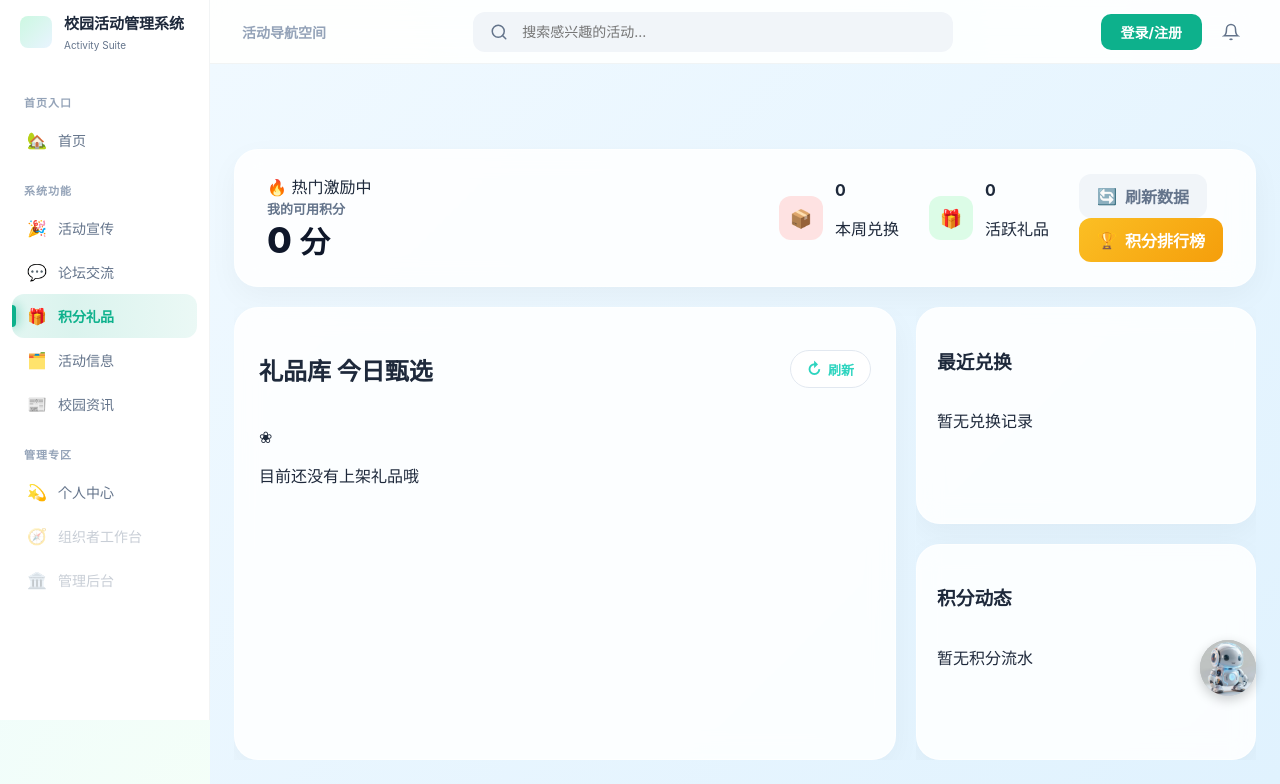
Repository: LXY804/activities_management_System
Page: /rewards (app in 校园活动管理系统/)
These files come from the project's save history. The page is drawn as it stood at one moment and after the next save; the edit follows.
The browser window is 1280 px wide. The pictures show the whole page.
The page's requests for data from a server got no answer. The project was rebuilt for these pictures with package versions that can differ from the ones it lists, and the page was loaded fresh each time. No one was signed in, and anything a server would have sent is missing. Also part of the build but not shown: 校园活动管理系统/vite.config.js.

Above is the page before, as saved 2025-12-26 21:39:46.

### 校园活动管理系统/index.html
<!DOCTYPE html>
<html lang="">
  <head>
    <style> html,body,#app{height:100%;margin:0;} </style>
    <meta charset="UTF-8">
    <link rel="icon" href="/favicon.ico">
    <meta name="viewport" content="width=device-width, initial-scale=1.0">
    <title>校园活动管理系统</title>
  </head>
  <body>
    <div id="app"></div>
    <script type="module" src="/src/main.js"></script>
  </body>
</html>

### 校园活动管理系统/src/App.vue
<script setup>
  import ChatFloat from './components/ChatFloat.vue'
  </script>

  <template>
    <router-view />
    <!-- 悬浮聊天机器人 -->
    <ChatFloat />
  </template>

<style>
@import url('https://fonts.googleapis.com/css2?family=Baloo+2:wght@500;600&family=Nunito:wght@400;500;600;700&display=swap');

:root {
  --brand-lime: #b6ff82;
  --brand-emerald: #66e7b1;
  --brand-sky: #73d4ff;
  --brand-deep: #0f1d33;
  --brand-soft: #f4fff3;
  --card-surface: rgba(255, 255, 255, 0.92);
  --shadow-soft: 0 18px 45px rgba(69, 143, 119, 0.2);
  --shadow-card: 0 20px 60px rgba(81, 194, 255, 0.25);
  --radius-xl: 28px;
  --font-display: 'Baloo 2', 'Noto Sans SC', system-ui, -apple-system, BlinkMacSystemFont, sans-serif;
  --font-body: 'Nunito', 'Noto Sans SC', system-ui, -apple-system, BlinkMacSystemFont, sans-serif;
  --sidebar-width: clamp(180px, 14vw, 220px);
  --app-background: radial-gradient(circle at 20% 20%, #f5fff7, #ecfbff 60%, #f3f7ff 100%);
}

* {
  box-sizing: border-box;
}

body {
  margin: 0;
  font-family: var(--font-body);
  background: var(--app-background);
  color: var(--brand-deep);
  min-height: 100vh;
}

#app {
  min-height: 100vh;
}

.page {
  position: relative;
  min-height: 100vh;
  padding-bottom: 40px;
  background: transparent;
  overflow: visible;
}

body.has-side-nav-layout .page,
body.has-side-nav-layout .my-activities,
body.has-side-nav-layout .admin-dashboard,
body.has-side-nav-layout .manage-layout .layout-content,
body.has-side-nav-layout .personal-center .content {
  padding-left: calc(var(--sidebar-width) + 28px);
  padding-right: clamp(18px, 5vw, 56px);
}

body.has-side-nav-layout .page .container,
body.has-side-nav-layout .page .content,
body.has-side-nav-layout .page .dashboard-shell,
body.has-side-nav-layout .page .main-layout,
body.has-side-nav-layout .page .cards,
body.has-side-nav-layout .page .hero__inner {
  margin-left: 0;
}

@media (max-width: 1024px) {
  body.has-side-nav-layout .page,
  body.has-side-nav-layout .my-activities,
  body.has-side-nav-layout .admin-dashboard,
  body.has-side-nav-layout .manage-layout .layout-content,
  body.has-side-nav-layout .personal-center .content {
    padding-left: 0;
  }
}

.page::before,
.page::after {
  content: '';
  position: absolute;
  width: clamp(220px, 32vw, 420px);
  height: clamp(220px, 32vw, 420px);
  background: radial-gradient(circle, rgba(255, 255, 255, 0.7), transparent 70%);
  border-radius: 40% 60% 50% 70% / 60% 40% 60% 40%;
  z-index: 0;
  filter: blur(0.5px);
}

.page::before {
  top: -120px;
  right: -80px;
}

.page::after {
  bottom: -160px;
  left: -100px;
}

.page > * {
  position: relative;
  z-index: 1;
}

.glass-panel {
  background: var(--card-surface);
  border-radius: var(--radius-xl);
  padding: 24px;
  box-shadow: var(--shadow-card);
  border: 1px solid rgba(255, 255, 255, 0.35);
  backdrop-filter: blur(16px);
}

.pill-button {
  border: none;
  border-radius: 999px;
  padding: 12px 28px;
  font-weight: 600;
  font-size: 16px;
  cursor: pointer;
  transition: transform 0.2s ease, box-shadow 0.2s ease;
  background: linear-gradient(120deg, var(--brand-lime), var(--brand-emerald));
  color: var(--brand-deep);
  box-shadow: 0 12px 20px rgba(102, 231, 177, 0.35);
}

.pill-button:focus-visible,
.pill-button:hover {
  transform: translateY(-2px);
  box-shadow: 0 18px 26px rgba(102, 231, 177, 0.45);
}

.section-heading {
  font-family: var(--font-display);
  font-size: clamp(28px, 4vw, 40px);
  color: var(--brand-deep);
  margin: 0;
}

.section-subtitle {
  margin: 8px 0 0;
  color: rgba(15, 29, 51, 0.7);
  font-size: 15px;
}

.stat-chip {
  display: inline-flex;
  padding: 8px 18px;
  border-radius: 999px;
  font-size: 14px;
  background: rgba(255, 255, 255, 0.85);
  box-shadow: 0 12px 25px rgba(111, 207, 151, 0.25);
  color: var(--brand-deep);
}
</style>

### 校园活动管理系统/src/components/NavBar.vue
<template>
  <div class="nav-shell" :class="isNight ? 'night-theme' : 'day-theme'">
    <aside class="side-nav">
      <div class="side-nav__brand">
        <div class="side-nav__brand-icon" aria-hidden="true">
          <span></span>
          <span></span>
        </div>
        <div class="side-nav__brand-info">
          <p class="side-nav__brand-title">校园活动管理系统</p>
          <small class="side-nav__brand-tag">Activity Suite</small>
        </div>
      </div>

      <div class="side-nav__scroller" ref="sideNavScroller">
        <template v-for="group in navGroups" :key="group.title">
          <p class="side-nav__title">{{ group.title }}</p>
          <div class="side-nav__items">
            <button
              v-for="item in group.items"
              :key="item.label"
              type="button"
              class="side-nav__link"
              :class="{
                active: isItemActive(item),
                'is-disabled': isItemDisabled(item)
              }"
              @click="handleNav(item)"
            >
              <span class="side-nav__icon">{{ item.icon }}</span>
              <div class="side-nav__text-group">
                <p class="side-nav__label">{{ item.label }}</p>
                <small v-if="item.badge" class="side-nav__badge">{{ item.badge }}</small>
              </div>
            </button>
          </div>
        </template>
      </div>
    </aside>

    <header class="topbar">
      <div class="topbar__inner">
        <div class="topbar__title" @click="router.push('/')">
          <p class="title-main">活动导航空间</p>
        </div>

        <form class="search" @submit.prevent="handleSearch">
          <div class="search-inner">
            <svg class="search-icon" viewBox="0 0 24 24" fill="none" stroke="currentColor" stroke-width="2" stroke-linecap="round" stroke-linejoin="round">
              <circle cx="11" cy="11" r="8"></circle>
              <line x1="21" y1="21" x2="16.65" y2="16.65"></line>
            </svg>
            <input
              v-model.trim="searchTerm"
              type="search"
              placeholder="搜索感兴趣的活动..."
              aria-label="站内搜索"
            />
          </div>
        </form>

        <div class="actions">
          <button
            v-if="!isLoggedIn"
            class="pill-action"
            type="button"
            @click="goLogin"
          >
            登录/注册
          </button>

          <button
            v-else
            class="pill-action outline"
            type="button"
            @click="goPersonalCenter"
          >
            个人中心
          </button>

          <button v-if="isLoggedIn" class="icon-btn-exit" @click="handleLogout" title="退出登录">
             <svg viewBox="0 0 24 24" width="18" height="18" fill="none" stroke="currentColor" stroke-width="2">
                <path d="M9 21H5a2 2 0 0 1-2-2V5a2 2 0 0 1 2-2h4m7 14 5-5-5-5m5 5H9"/>
             </svg>
          </button>
          <router-link
            to="/announcements"
            class="icon-btn notification-btn"
            title="系统公告"
            style="text-decoration: none; display: flex; align-items: center; justify-content: center; padding: 8px; border-radius: 8px; color: var(--text-muted); transition: 0.2s; position: relative;"
          >
            <svg viewBox="0 0 24 24" width="18" height="18" fill="none" stroke="currentColor" stroke-width="2">
              <path d="M18 8A6 6 0 0 0 6 8c0 7-3 9-3 9h18s-3-2-3-9"/>
              <path d="M13.73 21a2 2 0 0 1-3.46 0"/>
            </svg>
            <span v-if="unconfirmedCount > 0" class="notification-badge">{{ unconfirmedCount > 99 ? '99+' : unconfirmedCount }}</span>
          </router-link>
        </div>
      </div>
    </header>
  </div>
</template>

<script setup>
import { ref, computed, onMounted, onUnmounted, watch } from 'vue'
import { useRouter, useRoute } from 'vue-router'
import { fetchUnconfirmedCount } from '@/api/announcement'

const router = useRouter()
const route = useRoute()
let savedSideNavScrollTop = 0

const API_ORIGIN = (import.meta.env.VITE_API_BASE_URL || 'http://localhost:3000/api').replace(/\/api\/?$/, '')

// 时间判断：18:00 - 06:00 为夜晚
const isNight = computed(() => {
  const hour = new Date().getHours()
  return hour >= 18 || hour < 6
})

const searchTerm = ref('')
const isLoggedIn = ref(false)
const userRole = ref('')
const unconfirmedCount = ref(0)

const navGroups = computed(() => [
  {
    title: '首页入口',
    items: [{ label: '首页', icon: '🏡', to: '/' }]
  },
  {
    title: '系统功能',
    items: [
      { label: '活动宣传', icon: '🎉', to: '/promotion' },
      { label: '论坛交流', icon: '💬', to: '/forum'},
      { label: '积分礼品', icon: '🎁', to: '/rewards' },
      { label: '活动信息', icon: '🗂️', to: '/events' },
      { label: '校园资讯', icon: '📰', to: '/news' }
    ]
  },
  {
    title: '管理专区',
    items: [
      { label: '个人中心', icon: '💫', to: '/personal/activities', requiresLogin: true },
      // 已加回：组织者工作台，仅限 organizer 角色访问
      { label: '组织者工作台', icon: '🧭', to: '/organizer/manage', roles: ['organizer'] },
      { label: '管理后台', icon: '🏛️', to: '/admin/dashboard', roles: ['admin'] }
    ]
  }
])

const checkLoginStatus = () => {
  const token = localStorage.getItem('token')
  const storedRole = localStorage.getItem('userRole') || ''
  const storedIsLoggedIn = localStorage.getItem('isLoggedIn')

  // 多重检查确保状态正确
  const wasLoggedIn = isLoggedIn.value
  isLoggedIn.value = !!(token && (storedIsLoggedIn === 'true' || token.length > 0))
  userRole.value = storedRole

  // 如果 token 存在但 isLoggedIn 标记不存在，更新标记
  if (token && storedIsLoggedIn !== 'true') {
    localStorage.setItem('isLoggedIn', 'true')
  }

  // 如果用户已登录，加载未确认公告数量
  if (isLoggedIn.value && !wasLoggedIn) {
    loadUnconfirmedCount()
  } else if (!isLoggedIn.value) {
    unconfirmedCount.value = 0
  }
}

// 加载未确认公告数量
const loadUnconfirmedCount = async () => {
  if (!isLoggedIn.value) {
    unconfirmedCount.value = 0
    return
  }

  try {
    const data = await fetchUnconfirmedCount()
    unconfirmedCount.value = data?.count || 0
  } catch (e) {
    console.error('加载未确认公告数量失败:', e)
    unconfirmedCount.value = 0
  }
}

const isItemDisabled = (item) => {
  if (item.disabled) return true
  // 核心权限：如果该项有 roles 限制，且当前用户角色不匹配，则禁用（包括管理者访问组织者后台）
  if (item.roles && !item.roles.includes(userRole.value)) return true
  return false
}

const isItemActive = (item) => item.to && (route.path === item.to || route.path.startsWith(`${item.to}/`))

const handleNav = (item) => {
  if (isItemDisabled(item)) return window.alert(`您无权访问或功能暂未开放`)
  if (item.requiresLogin && !isLoggedIn.value) return router.push('/login')
  if (item.to) router.push(item.to)
}

const handleSearch = () => {
  if (!searchTerm.value) return
  router.push({ path: '/events', query: { keyword: searchTerm.value } })
}

const goPersonalCenter = () => router.push('/personal/activities')
const goLogin = () => router.push('/login')

const handleLogout = () => {
  localStorage.clear()
  isLoggedIn.value = false
  router.push('/login')
}

let loginCheckInterval = null

onMounted(() => {
  checkLoginStatus()
  // 定期检查登录状态，确保状态同步（每2秒检查一次）
  loginCheckInterval = setInterval(() => {
    checkLoginStatus()
    // 如果已登录，定期刷新未确认公告数量（每30秒）
    if (isLoggedIn.value) {
      loadUnconfirmedCount()
    }
  }, 2000)
  window.addEventListener('storage', checkLoginStatus)
  // 监听 localStorage 变化（跨标签页同步）
  window.addEventListener('focus', checkLoginStatus)
  document.body.classList.add('has-side-nav-layout')

  // 初始加载未确认公告数量
  if (isLoggedIn.value) {
    loadUnconfirmedCount()
  }
})

onUnmounted(() => {
  if (loginCheckInterval) {
    clearInterval(loginCheckInterval)
  }
  window.removeEventListener('storage', checkLoginStatus)
  window.removeEventListener('focus', checkLoginStatus)
  document.body.classList.remove('has-side-nav-layout')
})

watch(() => route.path, () => {
  checkLoginStatus()
  // 当路由变化到公告页面时，刷新未确认数量
  if (route.path === '/announcements' && isLoggedIn.value) {
    loadUnconfirmedCount()
  }
})
</script>

<style scoped>
/* --- 主题配色定义 --- */
.day-theme {
  --nav-bg: #ffffff;
  --topbar-bg: rgba(255, 255, 255, 0.85);
  --text-main: #1e293b;
  --text-muted: #64748b;
  --text-title: #94a3b8;
  --brand-color: #0db18c; /* 森林绿 */
  --shimmer-bg: linear-gradient(90deg, rgba(13, 177, 140, 0.05) 0%, rgba(13, 177, 140, 0.15) 50%, rgba(13, 177, 140, 0.05) 100%);
  --search-bg: #f1f5f9;
  --border-color: rgba(15, 42, 66, 0.05);
}

.night-theme {
  --nav-bg: #1e293b;
  --topbar-bg: rgba(30, 41, 59, 0.9);
  --text-main: #f1f5f9;
  --text-muted: #94a3b8;
  --text-title: #64748b;
  --brand-color: #2dd4bf; /* 蓝绿色荧光调 */
  --shimmer-bg: linear-gradient(90deg, rgba(45, 212, 191, 0.08) 0%, rgba(45, 212, 191, 0.22) 50%, rgba(45, 212, 191, 0.08) 100%);
  --search-bg: #0f172a;
  --border-color: rgba(255, 255, 255, 0.08);
}

:global(:root) {
  --sidebar-width: 210px;
  --topbar-height: 64px;
  --z-index-topbar: 1000;
  --z-index-sidebar: 1001;
}

:global(body.has-side-nav-layout) {
  padding-left: var(--sidebar-width);
  padding-top: var(--topbar-height);
}

@keyframes shimmer-flow {
  0% { background-position: -200% 0; }
  100% { background-position: 200% 0; }
}

.nav-shell { position: relative; }

/* --- 侧边栏 --- */
.side-nav {
  position: fixed;
  top: 0; left: 0;
  width: var(--sidebar-width);
  height: 100vh;
  background: var(--nav-bg);
  border-right: 1px solid var(--border-color);
  display: flex;
  flex-direction: column;
  z-index: var(--z-index-sidebar);
  transition: all 0.4s ease;
}

.side-nav__brand { padding: 0 20px; display: flex; align-items: center; gap: 12px; height: var(--topbar-height); }
.side-nav__brand-icon { width: 32px; height: 32px; border-radius: 8px; background: linear-gradient(135deg, #ccf8e1, #e9f4ff); }
.side-nav__brand-title { margin: 0; font-size: 15px; font-weight: 800; color: var(--text-main); }
.side-nav__brand-tag { font-size: 10px; color: var(--text-muted); }

.side-nav__scroller { flex: 1; overflow-y: auto; padding: 10px 12px; }
.side-nav__title { margin: 20px 0 8px 12px; font-size: 11px; font-weight: 700; color: var(--text-title); text-transform: uppercase; letter-spacing: 1px; }

.side-nav__link {
  position: relative;
  display: flex; align-items: center; gap: 10px;
  padding: 12px 14px;
  border: none; background: transparent;
  border-radius: 12px;
  cursor: pointer; color: var(--text-muted);
  transition: all 0.3s ease;
  width: 100%;
  overflow: hidden;
}

.side-nav__link:hover:not(.is-disabled) { background: var(--search-bg); color: var(--text-main); }

.side-nav__link.active {
  color: var(--brand-color);
  font-weight: 700;
  background: var(--shimmer-bg);
  background-size: 200% 100%;
  animation: shimmer-flow 3s infinite linear;
}

.side-nav__link.active::before {
  content: '';
  position: absolute;
  left: 0; top: 25%;
  width: 4px; height: 50%;
  background: var(--brand-color);
  border-radius: 0 4px 4px 0;
  box-shadow: 0 0 12px var(--brand-color);
}

.side-nav__icon { font-size: 16px; width: 22px; }
.side-nav__label { margin: 0; font-size: 14px; flex: 1; text-align: left; }
.side-nav__badge { font-size: 10px; background: var(--search-bg); padding: 2px 6px; border-radius: 6px; color: var(--text-muted); }

.side-nav__link.is-disabled { opacity: 0.35; cursor: not-allowed; }

/* --- 顶栏 --- */
.topbar {
  position: fixed;
  top: 0; left: var(--sidebar-width); right: 0;
  height: var(--topbar-height);
  z-index: var(--z-index-topbar);
  background: var(--topbar-bg);
  backdrop-filter: blur(20px);
  -webkit-backdrop-filter: blur(20px);
  border-bottom: 1px solid var(--border-color);
  padding: 0 32px;
  transition: all 0.4s ease;
}

.topbar__inner { display: flex; align-items: center; justify-content: space-between; height: 100%; gap: 40px; }
.title-main { font-weight: 700; font-size: 14px; color: var(--text-title); cursor: pointer; transition: color 0.3s; }
.title-main:hover { color: var(--text-main); }

/* 搜索框 */
.search { flex: 1; max-width: 480px; }
.search-inner {
  display: flex; align-items: center;
  background: var(--search-bg);
  padding: 0 16px; height: 40px;
  border-radius: 12px;
  border: 1.5px solid transparent;
  transition: 0.3s;
}
.search-inner input { flex: 1; border: none; background: transparent; font-size: 14px; outline: none; color: var(--text-main); }
.search:focus-within .search-inner { background: var(--nav-bg); border-color: var(--brand-color); box-shadow: 0 8px 24px -8px rgba(0,0,0,0.3); }
.search-icon { width: 18px; height: 18px; color: var(--text-muted); margin-right: 12px; }

/* 动作区域按钮 */
.actions { display: flex; align-items: center; gap: 12px; }

.pill-action {
  background: var(--brand-color);
  color: #fff;
  border: none;
  padding: 8px 20px;
  border-radius: 10px;
  font-size: 14px;
  font-weight: 700;
  cursor: pointer;
  transition: 0.3s;
}
.night-theme .pill-action { color: #ffffff; }

.pill-action.outline {
  background: transparent;
  border: 2px solid var(--brand-color);
  color: var(--brand-color);
}

.icon-btn-exit {
  background: transparent;
  border: none;
  color: var(--text-muted);
  cursor: pointer;
  padding: 8px;
  border-radius: 8px;
  display: flex;
  align-items: center;
  transition: 0.2s;
}
.icon-btn-exit:hover { background: rgba(239, 68, 68, 0.1); color: #ef4444; }

.icon-btn {
  background: transparent;
  border: none;
  color: var(--text-muted);
  cursor: pointer;
  padding: 8px;
  border-radius: 8px;
  display: flex;
  align-items: center;
  justify-content: center;
  transition: 0.2s;
  position: relative;
}

.icon-btn:hover {
  background: var(--search-bg);
  color: var(--text-main);
}

.notification-badge {
  position: absolute;
  top: 4px;
  right: 4px;
  background: #ef4444;
  color: #fff;
  font-size: 10px;
  font-weight: 700;
  min-width: 18px;
  height: 18px;
  padding: 0 4px;
  border-radius: 9px;
  display: flex;
  align-items: center;
  justify-content: center;
  line-height: 1;
  box-shadow: 0 2px 4px rgba(0, 0, 0, 0.2);
}

.fade-enter-active, .fade-leave-active { transition: all 0.3s cubic-bezier(0.4, 0, 0.2, 1); }
.fade-enter-from, .fade-leave-to { opacity: 0; transform: translateY(-10px); }
</style>

Loaded but not shown: 校园活动管理系统/src/router/index.js (88 lines, source omitted); 校园活动管理系统/src/api/reward.js (62 lines, source omitted); 校园活动管理系统/src/api/request.js (65 lines, source omitted); 校园活动管理系统/src/api/announcement.js (49 lines, source omitted); 校园活动管理系统/src/main.js (12 lines, source omitted); 校园活动管理系统/src/views/Rewards.vue (556 lines, source omitted); 校园活动管理系统/src/components/PointsRankingModal.vue (546 lines, source omitted); 校园活动管理系统/src/components/ChatFloat.vue (360 lines, source omitted)

After the next save:
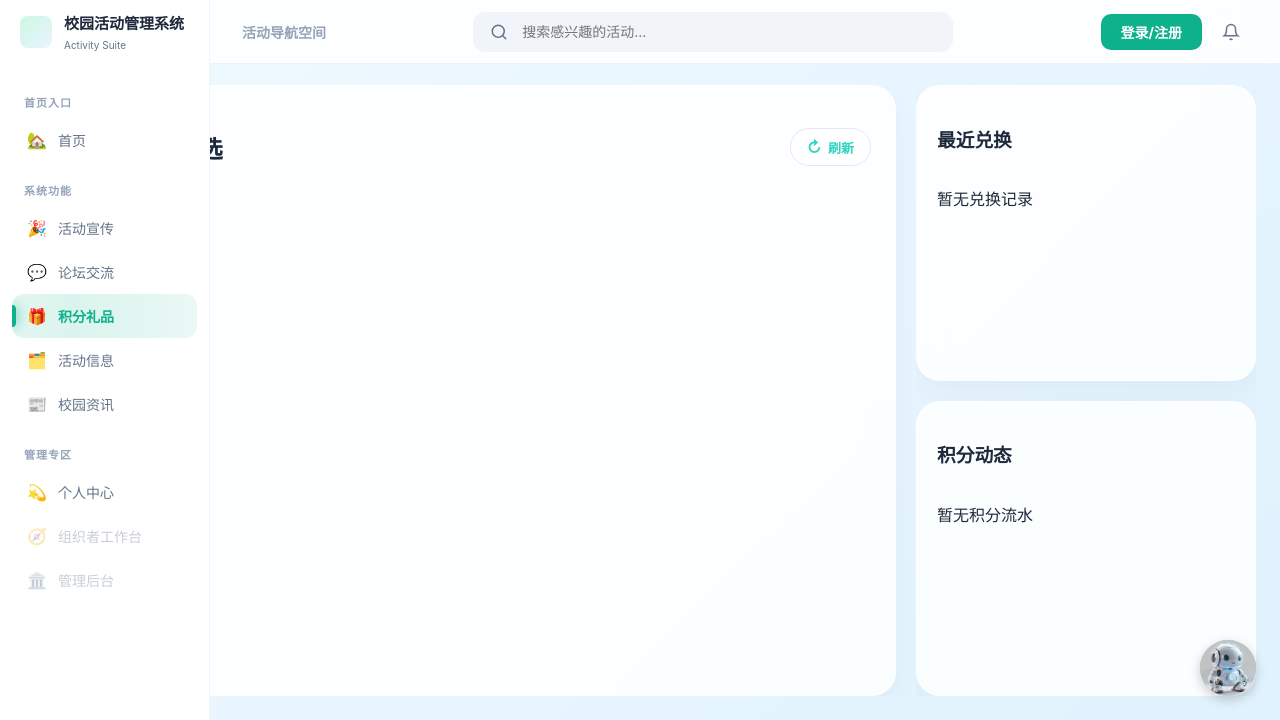
Console error: ReferenceError: msgCheckInterval is not defined
Saved 5 min 45 s later.
--- a/校园活动管理系统/src/components/NavBar.vue
+++ b/校园活动管理系统/src/components/NavBar.vue
@@ -221,20 +221,24 @@ let loginCheckInterval = null
 
 onMounted(() => {
   checkLoginStatus()
-  // 定期检查登录状态，确保状态同步（每2秒检查一次）
+
+  // 定时器 1：检查登录状态（保持每2秒检查一次，用于多标签页同步登出状态）
   loginCheckInterval = setInterval(() => {
     checkLoginStatus()
-    // 如果已登录，定期刷新未确认公告数量（每30秒）
+  }, 2000)
+
+  // 定时器 2：轮询未读消息（设置为每30秒一次，避免后端日志刷屏）
+  msgCheckInterval = setInterval(() => {
     if (isLoggedIn.value) {
       loadUnconfirmedCount()
     }
-  }, 2000)
+  }, 30000) // 30000 ms = 30秒
+
   window.addEventListener('storage', checkLoginStatus)
-  // 监听 localStorage 变化（跨标签页同步）
   window.addEventListener('focus', checkLoginStatus)
   document.body.classList.add('has-side-nav-layout')
 
-  // 初始加载未确认公告数量
+  // 初始加载
   if (isLoggedIn.value) {
     loadUnconfirmedCount()
   }

After the save that followed:
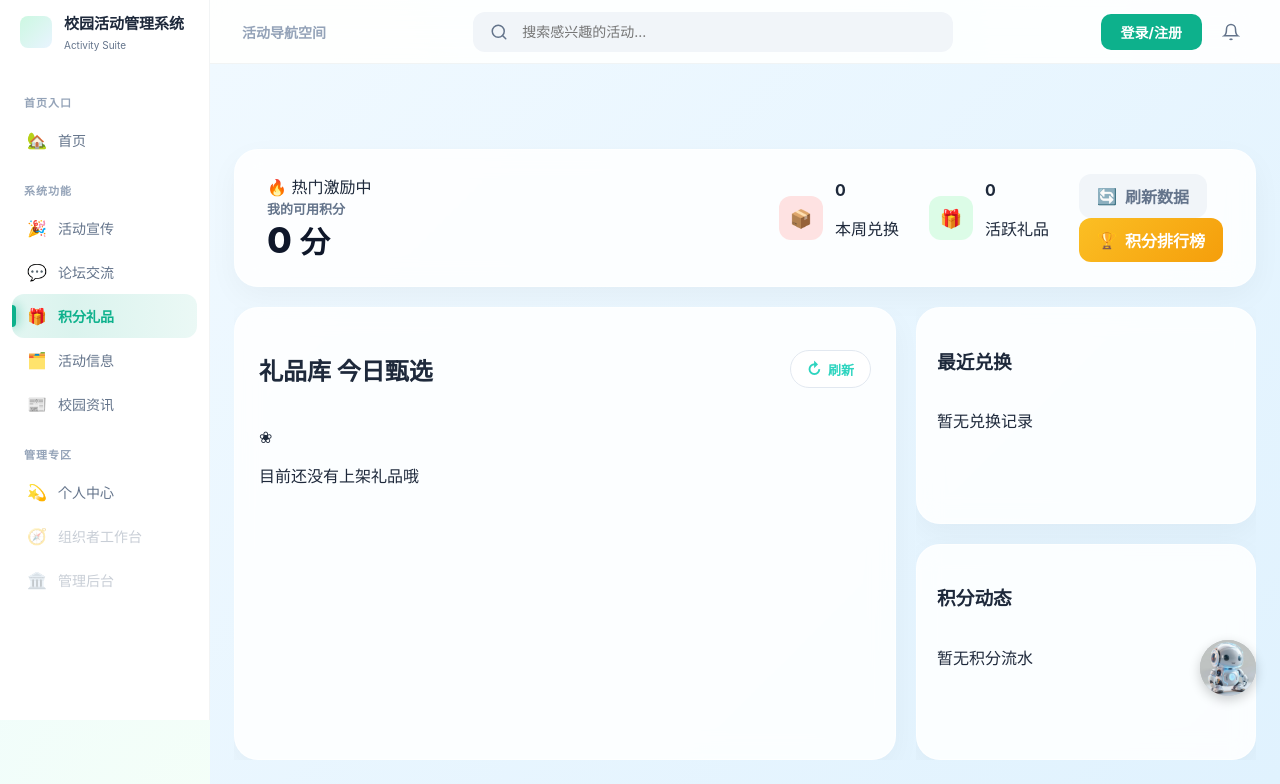
The error is gone.
Saved 15 s later.
--- a/校园活动管理系统/src/components/NavBar.vue
+++ b/校园活动管理系统/src/components/NavBar.vue
@@ -218,6 +218,7 @@ const handleLogout = () => {
 }
 
 let loginCheckInterval = null
+let msgCheckInterval = null // 新增一个用于消息轮询的定时器变量
 
 onMounted(() => {
   checkLoginStatus()
